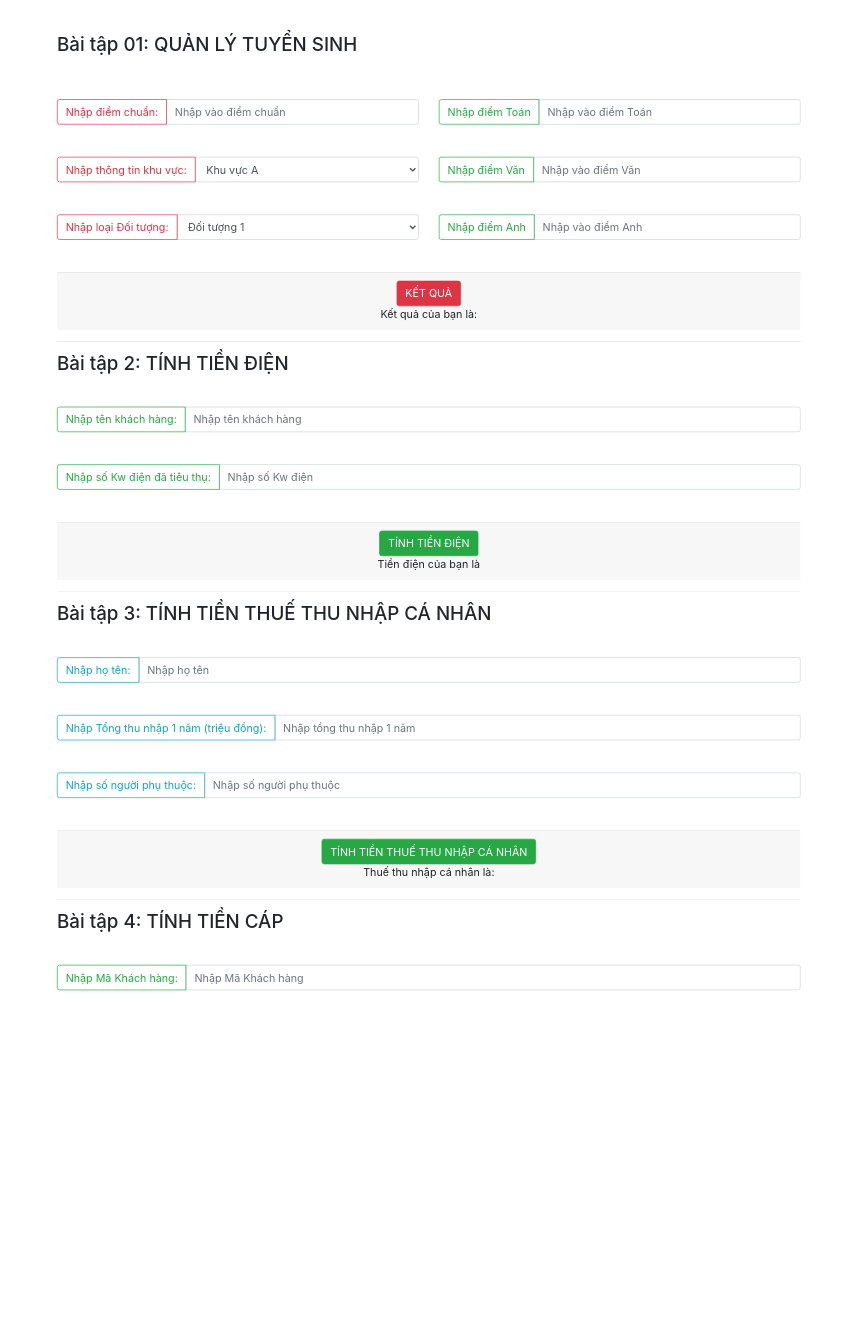
Repository: ducdatit2002/javascript-tinh-day15
Page: index.html
These files come from the project's save history. The page is drawn as it stood at one moment and after the next save; the edit follows.
The browser window is 1280 px wide. The pictures show the whole page, at 67% of full size.

Above is the page before, as saved 2023-08-20 21:36:50.

### index.html
<!DOCTYPE html>
<html lang="en">
  <head>
    <title>HOMEWORK BUỔI 15 - JAVASCRIPT</title>
    <!-- Required meta tags -->
    <meta charset="utf-8" />
    <meta
      name="viewport"
      content="width=device-width, initial-scale=1, shrink-to-fit=no"
    />

    <!-- Bootstrap CSS -->
    <link
      rel="stylesheet"
      href="https://stackpath.bootstrapcdn.com/bootstrap/4.3.1/css/bootstrap.min.css"
      integrity="sha384-ggOyR0iXCbMQv3Xipma34MD+dH/1fQ784/j6cY/iJTQUOhcWr7x9JvoRxT2MZw1T"
      crossorigin="anonymous"
    />
  </head>
  <body>
    <div class="container" style="margin-bottom: 500px; margin-top: 50px">
      <div class="baiTap1">
        <h3>Bài tập 01: QUẢN LÝ TUYỂN SINH</h3>
        <div class="row mt-3">
          <div class="col-6">
            <div class="input-group mt-5">
              <div class="input-group-prepend">
                <button class="btn btn-outline-danger">Nhập điểm chuẩn:</button>
              </div>
              <input
                type="number"
                class="form-control"
                id="diemChuan"
                placeholder="Nhập vào điểm chuẩn"
              />
            </div>
            <div class="input-group mt-5">
              <div class="input-group-prepend">
                <button class="btn btn-outline-danger">
                  Nhập thông tin khu vực:
                </button>
              </div>
              <select id="khuVuc" class="form-control">
                <option value="A">Khu vực A</option>
                <option value="B">Khu vực B</option>
                <option value="C">Khu vực C</option>
              </select>
            </div>
            <div class="input-group mt-5">
              <div class="input-group-prepend">
                <button class="btn btn-outline-danger">
                  Nhập loại Đối tượng:
                </button>
              </div>
              <select id="doiTuong" class="form-control">
                <option value="1">Đối tượng 1</option>
                <option value="2">Đối tượng 2</option>
                <option value="3">Đối tượng 3</option>
              </select>
            </div>
          </div>
          <div class="col-6">
            <div class="input-group mt-5">
              <div class="input-group-prepend">
                <button class="btn btn-outline-success">Nhập điểm Toán</button>
              </div>
              <input
                type="number"
                class="form-control"
                id="diemToan"
                placeholder="Nhập vào điểm Toán"
              />
            </div>
            <div class="input-group mt-5">
              <div class="input-group-prepend">
                <button class="btn btn-outline-success">Nhập điểm Văn</button>
              </div>
              <input
                type="number"
                class="form-control"
                id="diemVan"
                placeholder="Nhập vào điểm Văn"
              />
            </div>
            <div class="input-group mt-5">
              <div class="input-group-prepend">
                <button class="btn btn-outline-success">Nhập điểm Anh</button>
              </div>
              <input
                type="number"
                class="form-control"
                id="diemAnh"
                placeholder="Nhập vào điểm Anh"
              />
            </div>
          </div>
        </div>
        <div class="card-footer text-center mt-5">
          <button id="btnKetQua" class="btn btn-danger">KẾT QUẢ</button>
          <br />
          <span id="ketQua" class="mt-2 display-5">Kết quả của bạn là: </span>
        </div>
      </div>
      <hr />
      <div class="baiTap2">
        <h3>Bài tập 2: TÍNH TIỀN ĐIỆN</h3>
        <div class="input-group mt-5">
          <div class="input-group-prepend">
            <button class="btn btn-outline-success">
              Nhập tên khách hàng:
            </button>
          </div>
          <input
            type="text"
            class="form-control"
            id="tenKhachHang"
            placeholder="Nhập tên khách hàng"/>
        </div>
        <div class="input-group mt-5">
          <div class="input-group-prepend">
            <button class="btn btn-outline-success">
              Nhập số Kw điện đã tiêu thụ:
            </button>
          </div>
          <input
            type="number"
            class="form-control"
            id="SoKwTieuThu"
            placeholder="Nhập số Kw điện"/>
        </div>
        <div class="card-footer text-center mt-5">
          <button id="btnTinhTienDien" class="btn btn-success">TÍNH TIỀN ĐIỆN</button>
          <br />
          <span id="TienDien" class="mt-2 display-5">Tiền điện của bạn là </span>
        </div>
      </div>
      <hr>
      <div class="baiTap3">
        <h3>Bài tập 3: TÍNH TIỀN THUẾ THU NHẬP CÁ NHÂN</h3>
        <div class="input-group mt-5">
          <div class="input-group-prepend">
            <button class="btn btn-outline-info">
              Nhập họ tên:
            </button>
          </div>
          <input
            type="text"
            class="form-control"
            id="hoTen"
            placeholder="Nhập họ tên"/>
        </div>
        <div class="input-group mt-5">
          <div class="input-group-prepend">
            <button class="btn btn-outline-info">
              Nhập Tổng thu nhập 1 năm (triệu đồng):
            </button>
          </div>
          <input
            type="number"
            class="form-control"
            id="tongThuNhapNam"
            placeholder="Nhập tổng thu nhập 1 năm"/>
        </div>
        <div class="input-group mt-5">
          <div class="input-group-prepend">
            <button class="btn btn-outline-info">
              Nhập số người phụ thuộc:
            </button>
          </div>
          <input
            type="number"
            class="form-control"
            id="soNguoiPhuThuoc"
            placeholder="Nhập số người phụ thuộc"/>
        </div>
        <div class="card-footer text-center mt-5">
          <button id="btnTinhTienThue" class="btn btn-success">TÍNH TIỀN THUẾ THU NHẬP CÁ NHÂN</button>
          <br />
          <span id="TienThue" class="mt-2 display-5">Thuế thu nhập cá nhân là: </span>
        </div>
      </div>
      <hr>
      <div class="baiTap4">
        <h3>Bài tập 4: TÍNH TIỀN CÁP</h3>
        <div class="input-group mt-5">
          <div class="input-group-prepend">
            <button class="btn btn-outline-success">
              Nhập Mã Khách hàng:
            </button>
          </div>
          <input
            type="text"
            class="form-control"
            id="maKhachHang"
            placeholder="Nhập Mã Khách hàng"/>
        </div>
      </div>
    </div>
    <!-- Optional JavaScript -->
    <!-- jQuery first, then Popper.js, then Bootstrap JS -->
    <script
      src="https://code.jquery.com/jquery-3.3.1.slim.min.js"
      integrity="sha384-q8i/X+965DzO0rT7abK41JStQIAqVgRVzpbzo5smXKp4YfRvH+8abtTE1Pi6jizo"
      crossorigin="anonymous"
    ></script>
    <script
      src="https://cdnjs.cloudflare.com/ajax/libs/popper.js/1.14.7/umd/popper.min.js"
      integrity="sha384-UO2eT0CpHqdSJQ6hJty5KVphtPhzWj9WO1clHTMGa3JDZwrnQq4sF86dIHNDz0W1"
      crossorigin="anonymous"
    ></script>
    <script
      src="https://stackpath.bootstrapcdn.com/bootstrap/4.3.1/js/bootstrap.min.js"
      integrity="sha384-JjSmVgyd0p3pXB1rRibZUAYoIIy6OrQ6VrjIEaFf/nJGzIxFDsf4x0xIM+B07jRM"
      crossorigin="anonymous"
    ></script>
    <script src="./index.js"></script>
  </body>
</html>

### index.js
// Bài tập 1: QUẢN LÝ TUYỂN SINH
document.getElementById("btnKetQua").onclick = function () {
  // Input: điểm Toán, điểm Lý, điểm Hoá, điểm chuẩn, khu vực, đối tượng
  // Lưu ý: Dữ liệu người dùng nhập mặc định là chuỗi
  var diemChuan = parseFloat(document.getElementById("diemChuan").value);
  var diemToan = parseFloat(document.getElementById("diemToan").value);
  var diemVan = parseFloat(document.getElementById("diemVan").value);
  var diemAnh = parseFloat(document.getElementById("diemAnh").value);
  var khuVuc = document.getElementById("khuVuc").value;
  var doiTuong = parseInt(document.getElementById("doiTuong").value);

  var diemUuTien = 0;

  // Tính điểm ưu tiên khu vực
  switch (khuVuc) {
    case "A":
      diemUuTien += 2;
      break;
    case "B":
      diemUuTien += 1;
      break;
    case "C":
      diemUuTien += 0.5;
      break;
  }

  // Tính điểm ưu tiên đối tượng
  switch (doiTuong) {
    case 1:
      diemUuTien += 2.5;
      break;
    case 2:
      diemUuTien += 1.5;
      break;
    case 3:
      diemUuTien += 1;
      break;
  }

  // Tính điểm tổng kết
  var diemTongKet = diemToan + diemVan + diemAnh + diemUuTien;

  var ketQuaText = "";
  if (
    diemTongKet >= diemChuan &&
    diemToan !== 0 &&
    diemVan !== 0 &&
    diemAnh !== 0
  ) {
    ketQuaText = "Thí sinh trúng tuyển với số điểm đạt được: " + diemTongKet;
  } else {
    ketQuaText =
      "Thí sinh không trúng tuyển với số điểm đạt được: " + diemTongKet;
  }

  document.getElementById("ketQua").innerText = ketQuaText;
};

//BÀI TẬP 2: TÍNH TIỀN ĐIỆN
document.getElementById("btnTinhTienDien").onclick = function () {
  var tenKhachHang = document.getElementById("tenKhachHang").value;
  var soKwTieuThu = parseFloat(document.getElementById("SoKwTieuThu").value);

  var giaDien = 0;
  if (soKwTieuThu <= 50) {
    giaDien = soKwTieuThu * 500;
  } else if (soKwTieuThu <= 100) {
    giaDien = 50 * 500 + (soKwTieuThu - 50) * 650;
  } else if (soKwTieuThu <= 150) {
    giaDien = 50 * 500 + 50 * 650 + (soKwTieuThu - 100) * 850;
  } else {
    giaDien = 50 * 500 + 50 * 650 + 50 * 850 + (soKwTieuThu - 150) * 1100;
  }

  var tienDienHTML =
    "Tiền điện của khách hàng " + tenKhachHang + " là: " + giaDien + " đồng.";

  document.getElementById("TienDien").textContent = tienDienHTML;
};

//BÀI TẬP 3: TÍNH TIỀN THUẾ THU NHẬP CÁ NHÂN
document.getElementById("btnTinhTienThue").onclick = function () {
  var hoTen = document.getElementById("hoTen").value;
  var tongThuNhapNam = parseFloat(
    document.getElementById("tongThuNhapNam").value
  );
  var soNguoiPhuThuoc = parseInt(
    document.getElementById("soNguoiPhuThuoc").value
  );

  var thuNhapChiuThue = tongThuNhapNam - 4 - soNguoiPhuThuoc * 1.6;

  var thueSuat = 0;
  var tienThue = 0;

  if (thuNhapChiuThue <= 60) {
    thueSuat = 5;
  } else if (thuNhapChiuThue <= 120) {
    thueSuat = 10;
  } else if (thuNhapChiuThue <= 210) {
    thueSuat = 15;
  } else if (thuNhapChiuThue <= 384) {
    thueSuat = 20;
  } else if (thuNhapChiuThue <= 624) {
    thueSuat = 25;
  } else {
    thueSuat = 30;
  }

  tienThue = (thuNhapChiuThue * thueSuat) / 100;

  var ketQuaHTML =
    "Thuế thu nhập cá nhân của " +
    hoTen +
    " là: " +
    tienThue.toFixed(2) +
    " triệu đồng.";
  document.getElementById("TienThue").innerHTML = ketQuaHTML;
};
//BÀI TẬP 4: TÍNH TIỀN CÁP

After the next save:
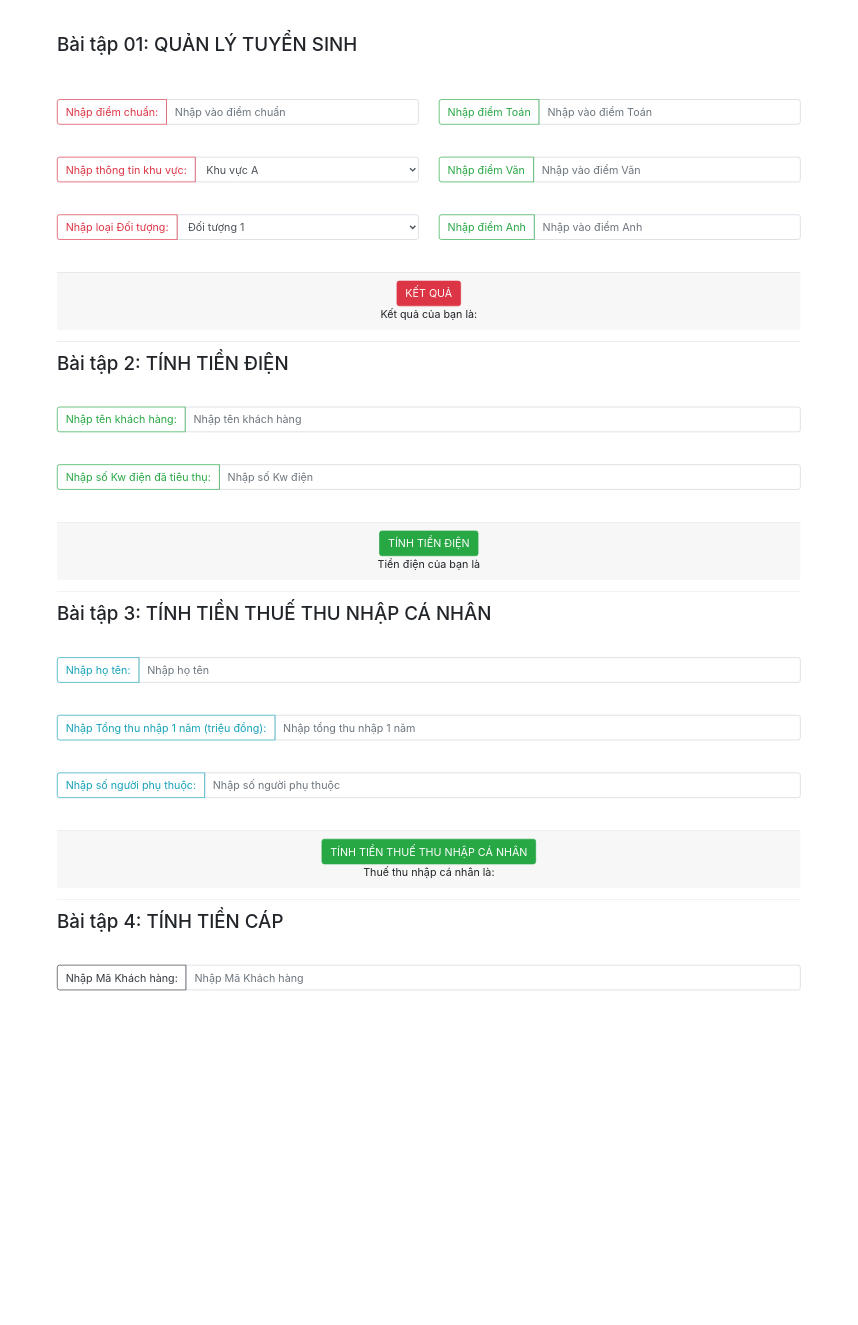
Saved 25 s later.
--- a/index.html
+++ b/index.html
@@ -184,7 +184,7 @@
         <h3>Bài tập 4: TÍNH TIỀN CÁP</h3>
         <div class="input-group mt-5">
           <div class="input-group-prepend">
-            <button class="btn btn-outline-success">
+            <button class="btn btn-outline-dark">
               Nhập Mã Khách hàng:
             </button>
           </div>
